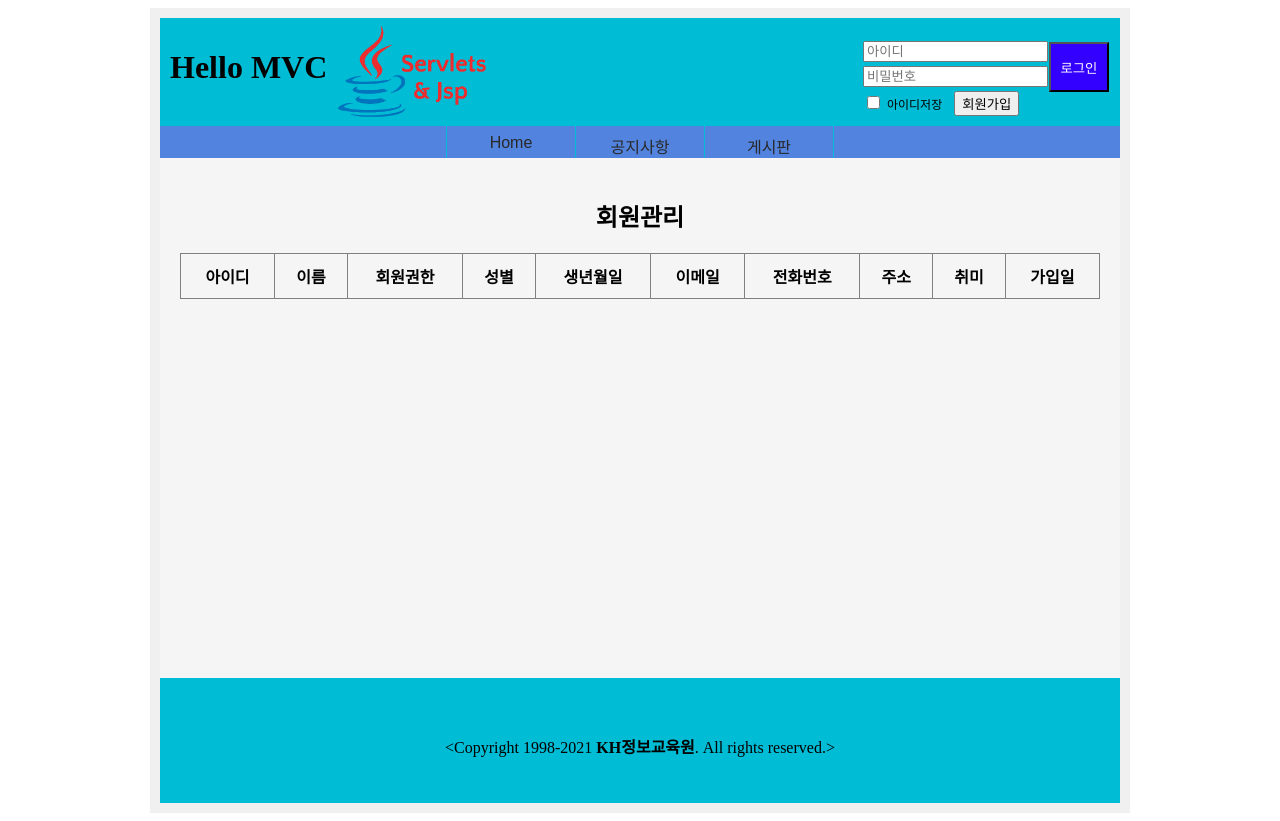
Repository: jsungl/WEBSERVER-WORKSPACE
Page: http://localhost/02_hellomvc/admin/memberList
The author's editor kept a copy of each file at every save. The page is drawn from the files as they stood at one save, then again after the next save.
The browser window is 1280 px wide. The pictures show the whole page.
The page is served by Tomcat 9. Queries for data that is not in the repository find no rows.

Above is the page before, as saved 2021-03-31 08:43:35.

After the next save:
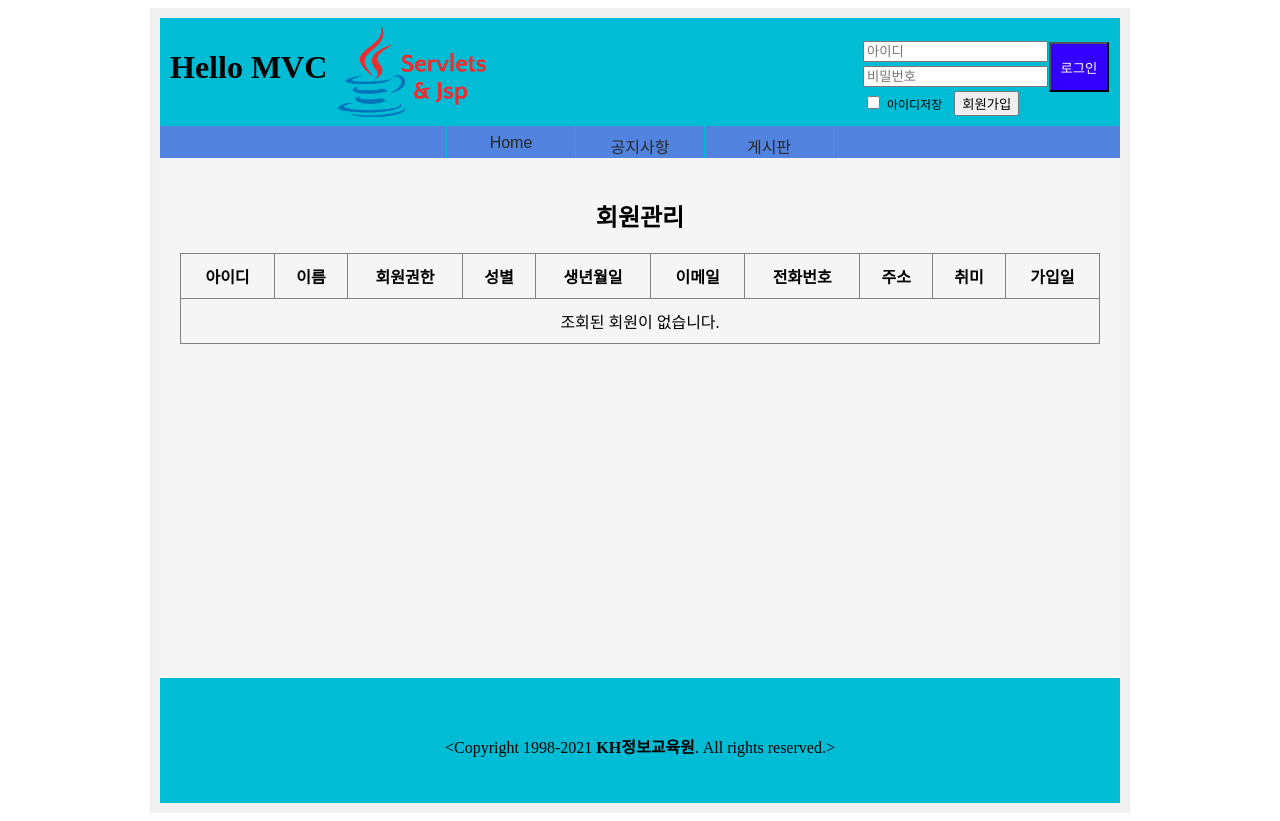
Saved 58 s later.
--- a/02_hellomvc/WebContent/WEB-INF/views/admin/memberList.jsp
+++ b/02_hellomvc/WebContent/WEB-INF/views/admin/memberList.jsp
@@ -30,7 +30,9 @@
 		</thead>
 		<tbody>
 		<% if(list == null || list.isEmpty()) { %>
-
+			<tr>
+				<td colspan="10">조회된 회원이 없습니다. </td>
+			</tr>
 		<% } else { %>
 
 		<% } %>
